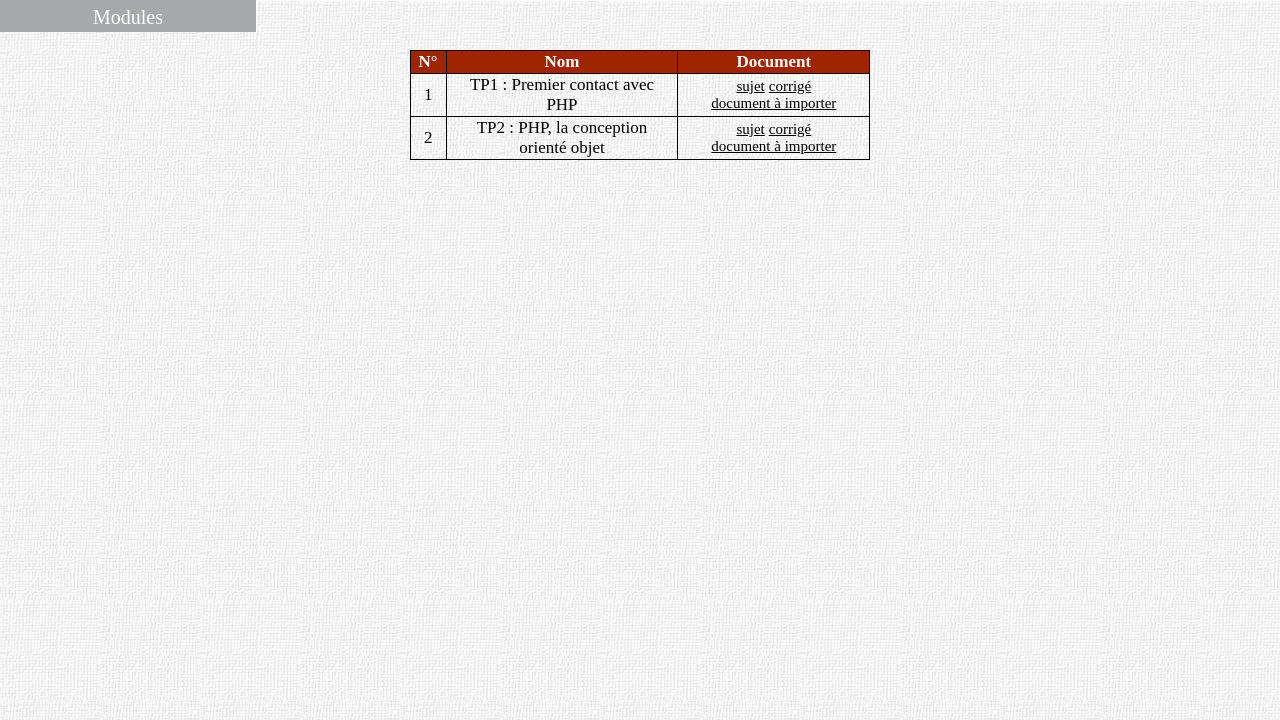
Repository: ValentinArg/PETUT
Page: http://localhost/PETUT/WEB-INF/jsp/eleve/forum.jsp
These files come from the project's save history. The page is drawn as it stood at one moment and after the next save; the edit follows.
The browser window is 1280 px wide. The pictures show the whole page.
Some web libraries are served in a nearby version. The page is served by Tomcat 9. Nobody is signed in. The template is opened directly, without the code that normally fills it, so the values that code supplies are empty.

Above is the page before, as saved 2016-11-03 21:57:20.

After the next save:
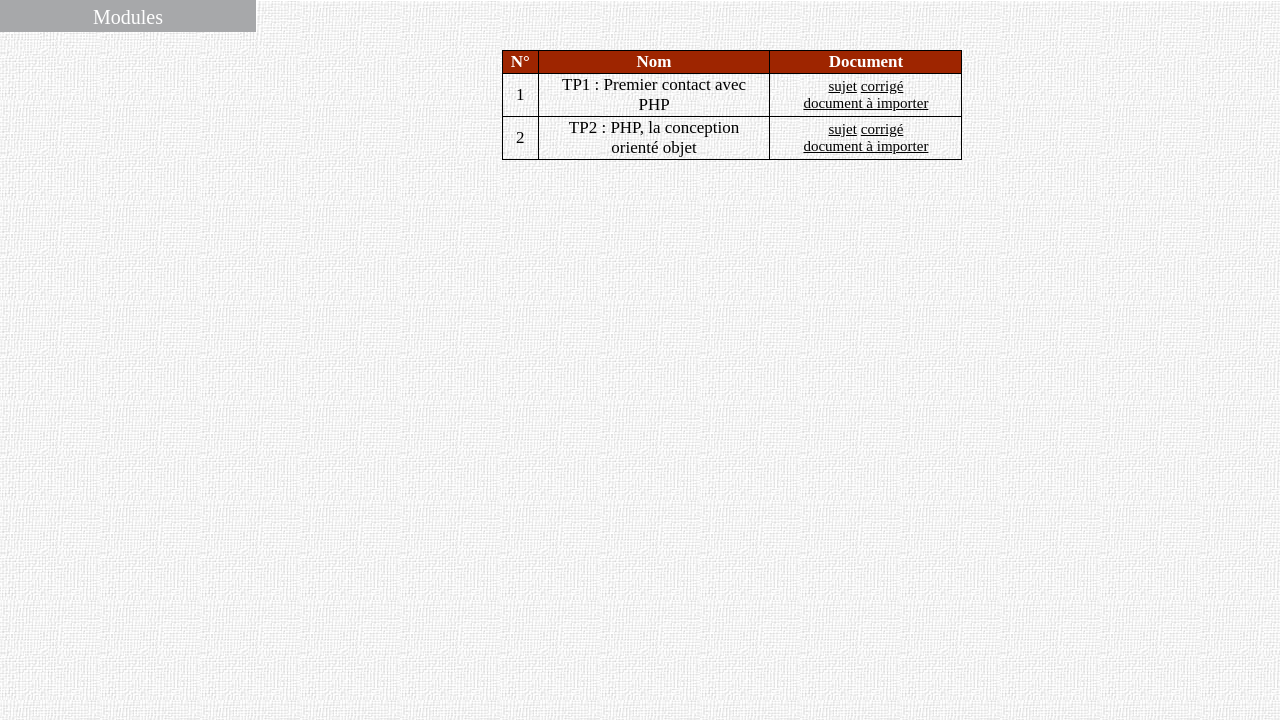
Saved 11 s later.
--- a/PETUT/WebContent/WEB-INF/jsp/eleve/forum.jsp
+++ b/PETUT/WebContent/WEB-INF/jsp/eleve/forum.jsp
@@ -184,7 +184,7 @@
 			var pourcentage = (longueurDivTableau/($(document).width()));
 			var resultat = (100-pourcentage)/2;
 			alert(resultat);
-			var string = resultat+'%"';
+			var string = resultat+'%';
 			alert(string)
 			document.getElementById('tableauSujets').style.marginLeft = string;
 		</script>
